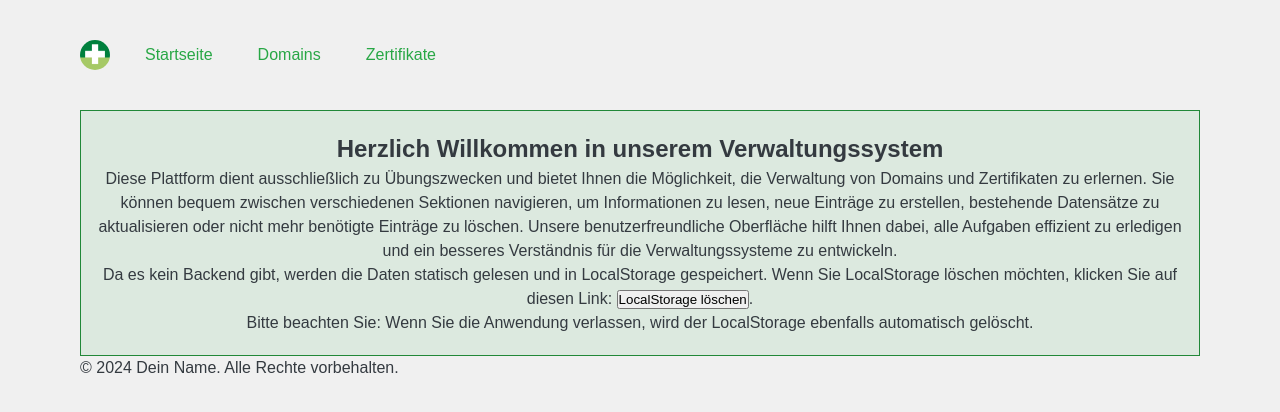
Repository: bajricadmir/verwaltungssystem-vanilla-html-css
Page: index.html
These files come from the project's save history. The page is drawn as it stood at one moment and after the next save; the edit follows.
The browser window is 1280 px wide. The pictures show the whole page.

Above is the page before, as saved 2024-10-14 11:16:09.

After the next save:
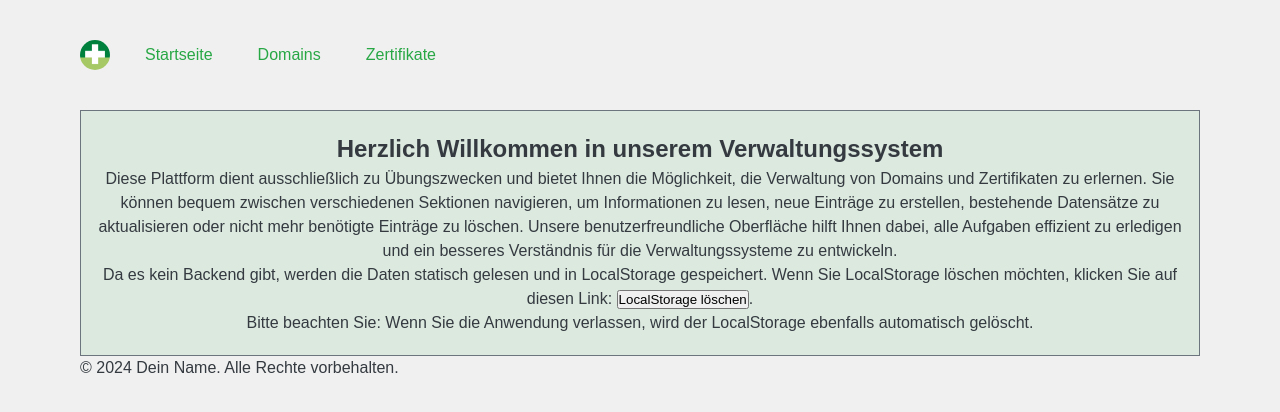
Saved 26 s later.
--- a/style.css
+++ b/style.css
@@ -96,7 +96,7 @@ table {
   margin-top: 40px;
   background-color: rgba(40, 167, 69, 0.1);
   padding: 20px 15px;
-  border: 0.1px solid var(--success-color-hover);
+  border: 0.1px solid var(--secondary-color);
 }
 
 section {
